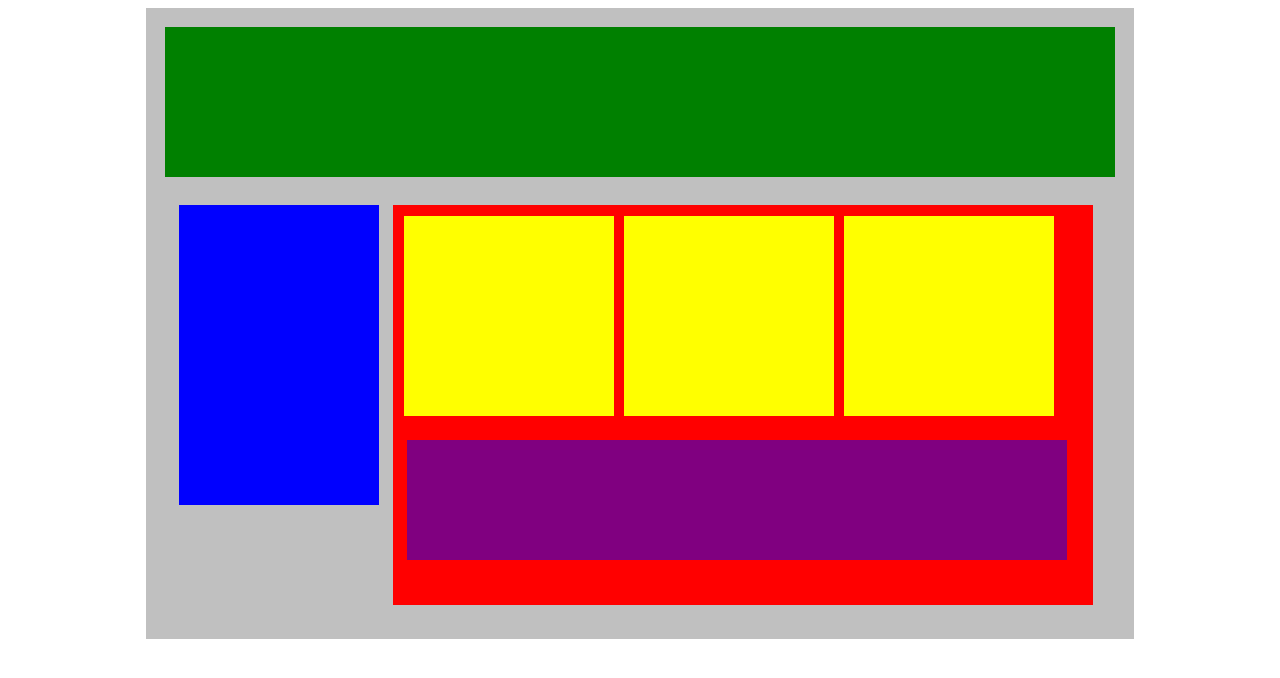
Repository: Fredy452/Fundamentos_de_la_Web
Page: Trabajos/Bloques-Flex/index.html
An editor plug-in stored every save of this project. The page is shown before and after the next save, followed by the edit.
The browser window is 1280 px wide. The pictures show the whole page.

Above is the page before, as saved 2023-06-16 18:22:47.

After the next save:
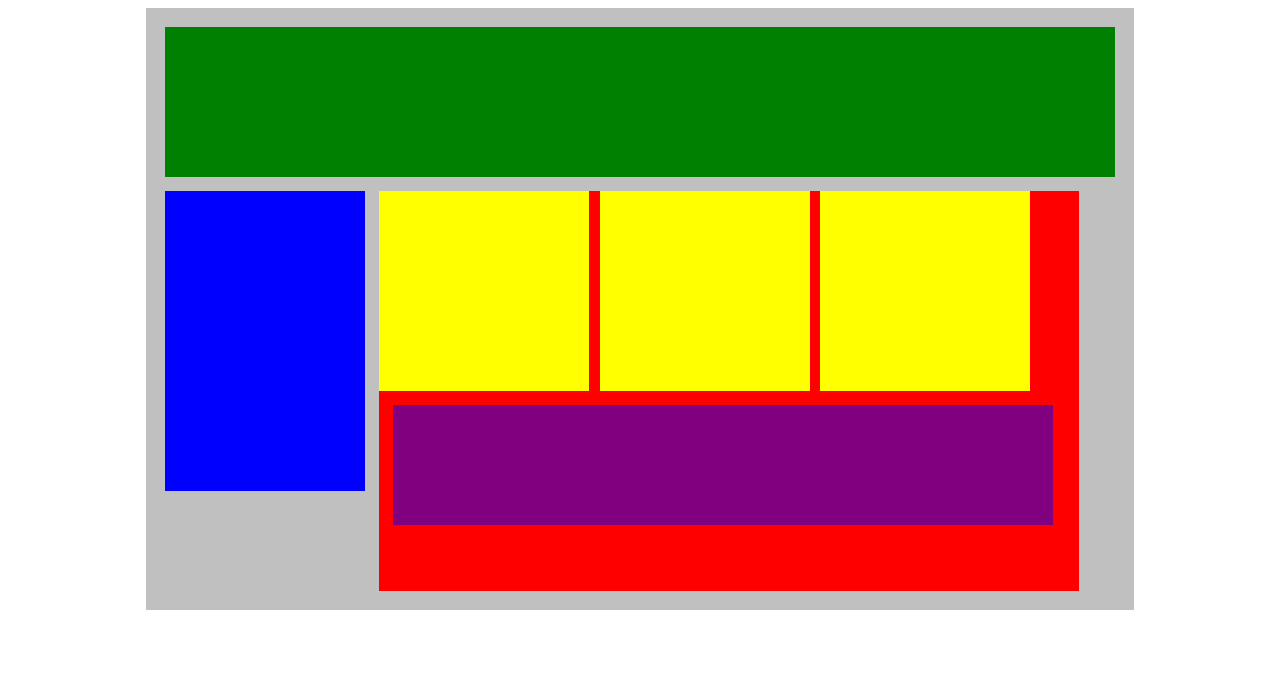
Saved 50 s later.
--- a/Trabajos/Bloques-Flex/style.css
+++ b/Trabajos/Bloques-Flex/style.css
@@ -15,7 +15,7 @@
 .row{
     display: flex;
     gap: 1.5%;
-    padding: 1.5%;
+
 }
 .side-nav{
     height: 300px;
